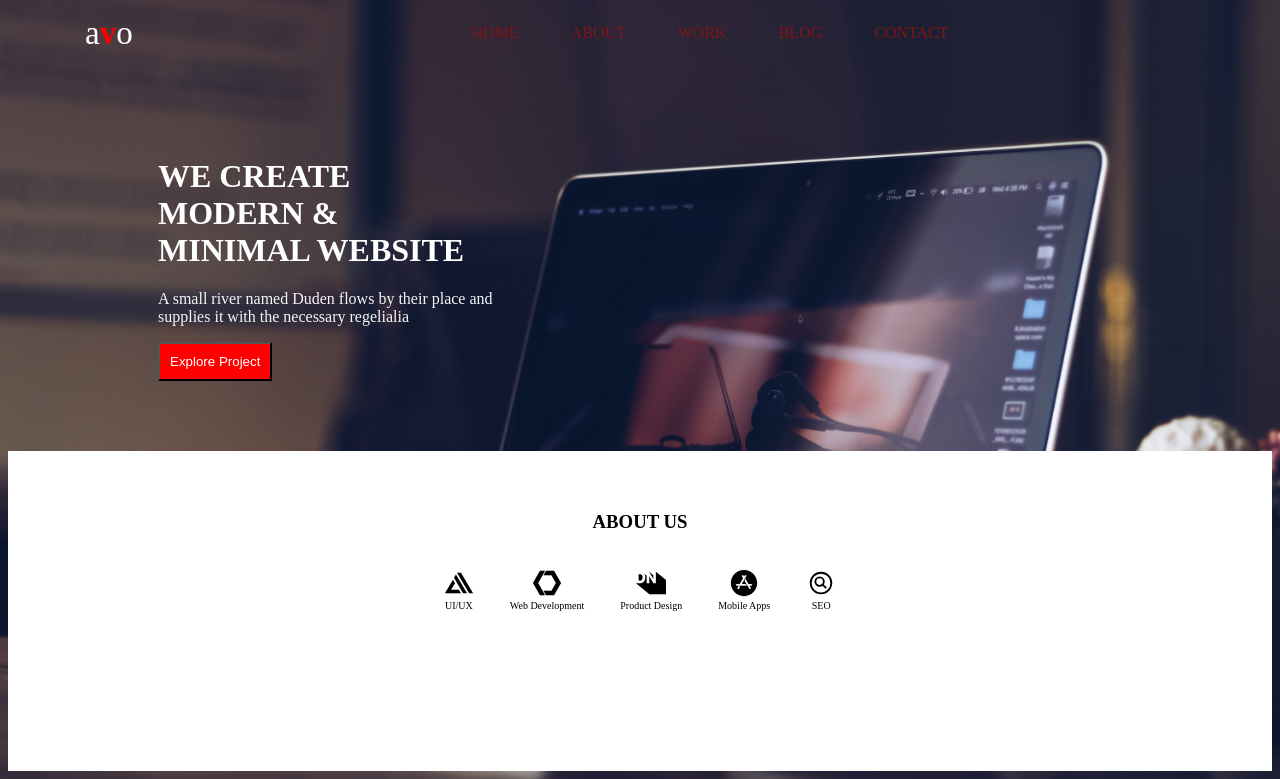
Repository: Tobby004/AVO-Template
Page: avo.html
These files come from the project's save history. The page is drawn as it stood at one moment and after the next save; the edit follows.
The browser window is 1280 px wide. The pictures show the whole page.

Above is the page before, as saved 2023-05-18 06:01:36.

After the next save:
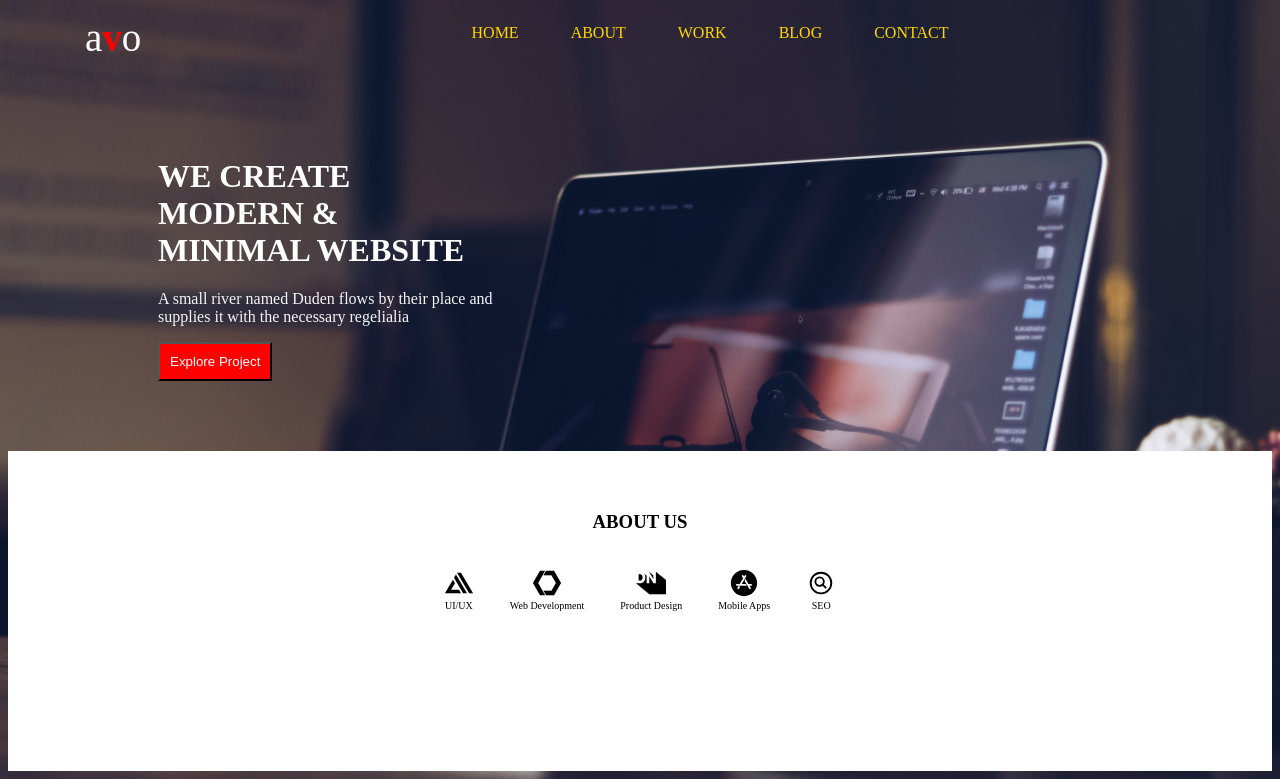
Saved 66 s later.
--- a/avo.css
+++ b/avo.css
@@ -7,7 +7,7 @@ body {
     background-size: cover;
 }
 .logo {
-  font-size: 33px;
+  font-size: 39px;
   position: absolute;
   padding: 7px;
   color: white;
@@ -28,7 +28,7 @@ nav li {
 nav a {
 text-decoration: none;
 padding: 1rem 1.5rem;
-color: #7d1616;
+color:gold;
 }
 nav a:hover {
     transition: 2s;
